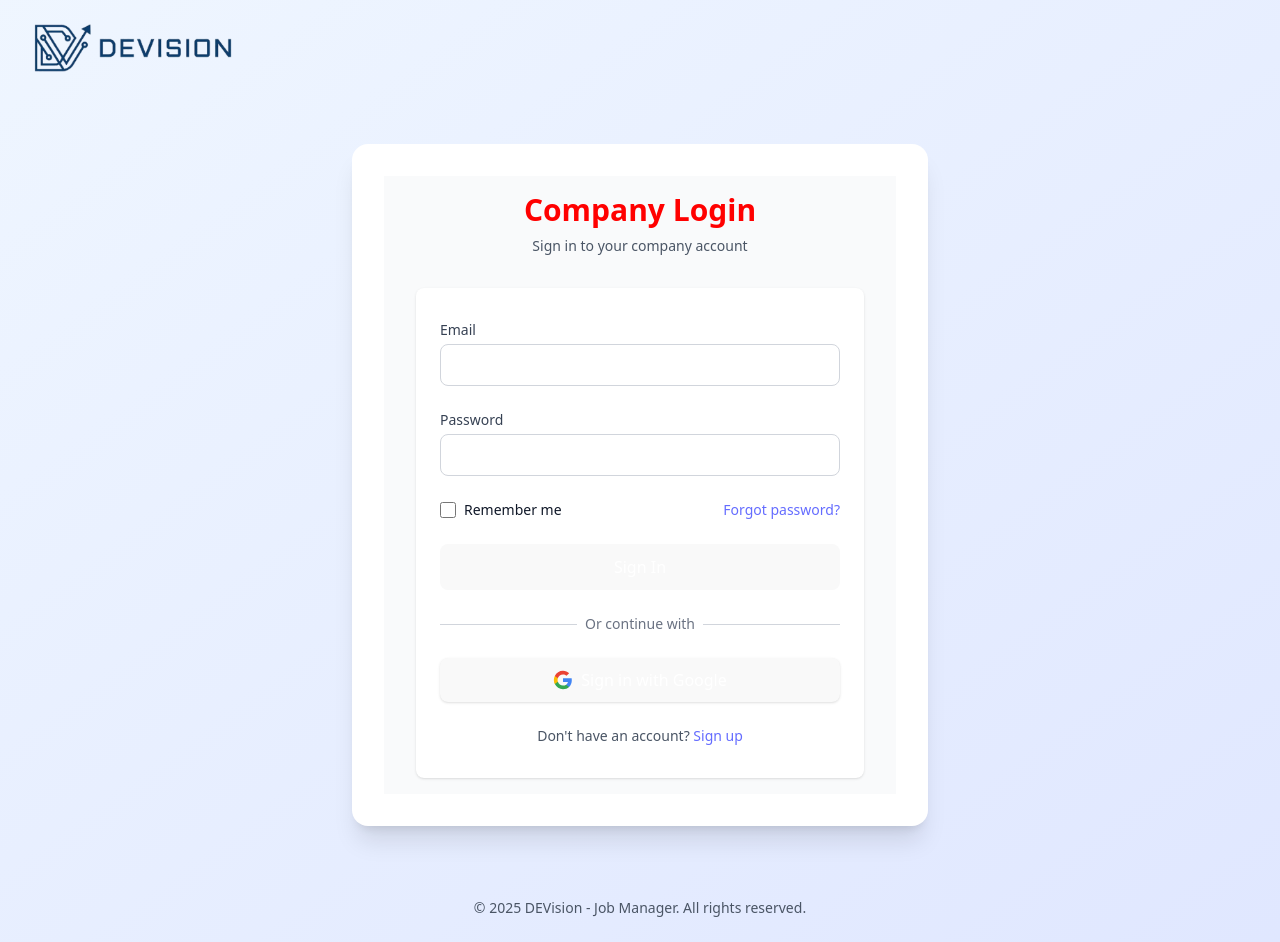
Repository: ISYS3461-2025C-Mulan-DEVision/JobManager_FE
Page: /login
These files come from the project's save history. The page is drawn as it stood at one moment and after the next save; the edit follows.
The browser window is 1280 px wide. The pictures show the whole page.
The project was rebuilt for these pictures with package versions that can differ from the ones it lists, and the page was loaded fresh each time. Also part of the build but not shown: vite.config.js, src/pages/Home.tsx, src/components/headless/Table/Table.tsx, src/components/headless/Modal/Modal.tsx, src/components/ui/Card/Card.tsx, src/components/ui/Spinner/Spinner.tsx, src/components/ui/Alert/Alert.tsx, src/components/feature/Authentication/CompanySignup/CompanySignupForm.tsx and 4 more.

Above is the page before, as saved 2025-12-12 14:33:22.

### index.html
<!doctype html>
<html lang="en">
  <head>
    <meta charset="UTF-8" />
    <link rel="icon" type="image/svg+xml" href="/logo/logo-icon.png" />
    <meta name="viewport" content="width=device-width, initial-scale=1.0" />
    <title>jobmanager-fe</title>
  </head>
  <body>
    <div id="root"></div>
    <script type="module" src="/src/main.jsx"></script>
  </body>
</html>

### src/main.tsx
import React, { StrictMode } from "react";
import { createRoot } from "react-dom/client";
import "./index.css";
import { BrowserRouter } from "react-router-dom";
import App from "./App.js";
import { Provider } from "react-redux";
import store from "./store/index.js";

const container = document.getElementById("root")!;
if (!container) {
    throw new Error("Root container not found");
} else {
    createRoot(container).render(
        <StrictMode>
            <Provider store={store}>
                <BrowserRouter>
                    <App />
                </BrowserRouter>
            </Provider>
        </StrictMode>,
    );
}

### src/index.css
@import "tailwindcss";

@theme {
  --color-heading: #ff0000;
  --color-dark-blue: #1E293B;
  --color-background-color: #F8FAFC;
}

:root {
    font-family: system-ui, Avenir, Helvetica, Arial, sans-serif;
    line-height: 1.5;
    font-weight: 400;

    color-scheme: light dark;
    color: rgba(255, 255, 255, 0.87);
    background-color: #242424;

    font-synthesis: none;
    text-rendering: optimizeLegibility;
    -webkit-font-smoothing: antialiased;
    -moz-osx-font-smoothing: grayscale;
}

a {
    font-weight: 500;
    color: #646cff;
    text-decoration: inherit;
}
a:hover {
    color: #535bf2;
}

body {
    margin: 0;
    min-width: 320px;
    min-height: 100vh;
}

h1 {
    font-size: 3.2em;
    line-height: 1.1;
}

button {
    border-radius: 8px;
    border: 1px solid transparent;
    padding: 0.6em 1.2em;
    font-size: 1em;
    font-weight: 500;
    font-family: inherit;
    background-color: #1a1a1a;
    cursor: pointer;
    transition: border-color 0.25s;
}
button:hover {
    border-color: #646cff;
}
button:focus,
button:focus-visible {
    outline: 4px auto -webkit-focus-ring-color;
}

@media (prefers-color-scheme: light) {
    :root {
        color: #213547;
        background-color: #ffffff;
    }
    a:hover {
        color: #747bff;
    }
    button {
        background-color: #f9f9f9;
    }
}

### src/App.tsx
import { Routes, Route, Link, useLocation } from "react-router-dom";
import Home from "./pages/Home";
import LoginPage from "./pages/LoginPage";
import RegistrationPage from "./pages/RegistrationPage";

function App() {
    const location = useLocation();
    const isAuthPage = location.pathname === "/login";

    return (
        <div>
            {!isAuthPage && (
                <nav className="p-4 bg-gray-800 text-white flex gap-4">
                    <Link to="/">Home</Link>
                    <Link to="/login">Login</Link>
                </nav>
            )}

            <Routes>
                <Route path="/" element={<Home />} />
                <Route path="/login" element={<LoginPage />} />
                <Route path="/register" element={<RegistrationPage />} />
            </Routes>
        </div>
    );
}

export default App;

### src/store/index.ts
import configureStore from "./configureStore";
const store = configureStore();
export default store;

### src/pages/LoginPage.tsx
import React from "react";
import { CompanyLogin } from "../components/feature/Authentication/CompanyLogin";
import AuthLayout from "../layout/AuthLayout";

export default function LoginPage() {
    return (
        <AuthLayout>
            <CompanyLogin />
        </AuthLayout>
    );
}

### src/store/configureStore.ts
import { createStore, applyMiddleware, Store } from "redux";
import { createLogger } from "redux-logger";
import createSagaMiddleware from "redux-saga";
import { enableBatching } from "redux-batched-actions";
import createReducer from "./reducers";
import rootSaga from "./saga";

const configureStore = (initialState = {}): Store => {
    const rootReducer = createReducer();
    const sagaMiddleware = createSagaMiddleware();

    const middlewares = [sagaMiddleware];

    const isDev = import.meta.env.VITE_NODE_ENV === "development";

    if (isDev) {
        const loggerMiddleware = createLogger({
            collapsed: () => true,
        });
        (middlewares as any[]).push(loggerMiddleware);
    }

    const store = createStore(
        enableBatching(rootReducer),
        initialState,
        applyMiddleware(...middlewares),
    );

    sagaMiddleware.run(rootSaga);

    return store;
};

export default configureStore;

### src/redux/app/actions.ts
import * as types from "./type";

const setLoading = (payload: boolean) => ({ type: types.SET_LOADING, payload });
const setError = (payload: string | null) => ({
    type: types.SET_ERROR,
    payload,
});
const setInitialized = (payload: boolean) => ({
    type: types.SET_INITIALIZED,
    payload,
});
const reset = () => ({ type: types.RESET });

const toggleLoadingAsync = (payload: boolean) => ({
    type: types.TOGGLE_LOADING_ASYNC,
    payload,
});

export default {
    setLoading,
    setError,
    setInitialized,
    reset,
    toggleLoadingAsync,
};

### src/components/feature/Authentication/CompanyLogin/index.ts
export { CompanyLogin } from "./CompanyLogin";

### src/store/reducers.ts
import { combineReducers } from "redux";
import { reducers } from "../redux";
import _ from "lodash";

const appReducer = combineReducers(reducers);
export default function createReducer() {
    const rootReducer = (state, action) => {
        if (action.type === "FORCE_UPDATE_GLOBAL_STATE") {
            return appReducer(_.cloneDeep(action.payload), action as never);
        }
        return appReducer(state, action as never);
    };

    return rootReducer;
}

### src/store/saga.ts
import { all, fork } from "redux-saga/effects";
import { sagas } from "../redux";

export default function* rootSaga() {
    yield all([...Object.values(sagas)].map(fork));
}

### src/redux/app/type.ts
const prefix = "APP/";

export const SET_LOADING = `${prefix}SET_LOADING`;
export const SET_ERROR = `${prefix}SET_ERROR`;
export const SET_INITIALIZED = `${prefix}SET_INITIALIZED`;
export const RESET = `${prefix}RESET`;

// test async action
export const TOGGLE_LOADING_ASYNC = `${prefix}TOGGLE_LOADING_ASYNC`;

### src/components/feature/Authentication/CompanyLogin/CompanyLogin.tsx
import React from "react";
import { HeadlessForm } from "@/components/headless";
import { CompanyLoginForm } from "./CompanyLoginForm";
import { useCompanyLogin } from "./hooks/useCompanyLogin";
import { LoginPayload } from "./types";

// Validation function
const validateLoginForm = (values: LoginPayload) => {
  const errors: Partial<Record<keyof LoginPayload, string>> = {};

  if (!values.email) {
    errors.email = "Email is required";
  } else if (!/^[A-Z0-9._%+-]+@[A-Z0-9.-]+\.[A-Z]{2,}$/i.test(values.email)) {
    errors.email = "Invalid email address";
  }

  if (!values.password) {
    errors.password = "Password is required";
  } else if (values.password.length < 6) {
    errors.password = "Password must be at least 6 characters";
  }

  return errors;
};

export const CompanyLogin: React.FC = () => {
  const { login, isLoading, error } = useCompanyLogin();

  return (
    <HeadlessForm<LoginPayload>
      initialValues={{ email: "", password: "" }}
      onSubmit={login}
      validate={validateLoginForm}
    >
      {(formProps) => (
        <CompanyLoginForm {...formProps} isLoading={isLoading} error={error} />
      )}
    </HeadlessForm>
  );
};

### src/redux/index.ts
const loadModules = (modules: Record<string, any>, hasDefault = false) =>
    Object.entries(modules).map(([path, mod]) => {
        const parts = path.split("/");
        return {
            name: parts.at(-1)!.replace(".js", "").toUpperCase(),
            key: parts.at(-2)!,
            data: hasDefault ? mod.default : mod,
        };
    });

const rawActions = loadModules(
    import.meta.glob("./**/actions.ts", { eager: true }),
    true,
);

const rawTypes = loadModules(
    import.meta.glob("./**/types.ts", { eager: true }),
    false,
);

const rawReducers = loadModules(
    import.meta.glob("./**/reducer.ts", { eager: true }),
    true,
);

const rawSagas = loadModules(
    import.meta.glob("./**/saga.ts", { eager: true }),
    false,
);

// Final exports
export const actions = rawActions.reduce((p, e) => ({ ...p, ...e.data }), {});
export const types = rawTypes.reduce((p, e) => ({ ...p, ...e.data }), {});
export const reducers = rawReducers.reduce(
    (p, e) => ({ ...p, [e.key]: e.data }),
    {},
);
export const sagas = rawSagas.reduce((p, e) => ({ ...p, ...e.data }), {});

### src/components/headless/index.ts
// Headless Components - Logic without UI
export { HeadlessForm } from "./Form";
export { HeadlessTable } from "./Table";
export { useTable } from "./Table/useTable";
export { HeadlessModal } from "./Modal";

// Types
export * from "./types";
export type { TableColumn } from "./Table/useTable";

### src/components/feature/Authentication/CompanyLogin/hooks/useCompanyLogin.ts
import { useState } from 'react';
import AuthService, { LoginPayload } from '../../api/AuthService';

export const useCompanyLogin = () => {
  const [isLoading, setIsLoading] = useState(false);
  const [error, setError] = useState<string | null>(null);

  const login = async (formData: LoginPayload) => {
    setIsLoading(true);
    setError(null);

    try {
      await AuthService.loginCompany(formData);
      // Handle success (e.g., redirect, store token)
      console.log("Login successful");
    } catch (err) {
      setError("Failed to login. Please check your credentials.");
      console.error(err);
    } finally {
      setIsLoading(false);
    }
  };

  return {
    login,
    isLoading,
    error,
  };
};

### src/components/ui/index.ts
// UI Components - Presentational components with styling
export * from "./Button";
export * from "./Input";
export * from "./Card";
export * from "./Spinner";
export * from "./Alert";
export * from "./GoogleLogo";

### src/redux/app/reducer.ts
import * as types from "./type";
export interface AppState {
    loading: boolean;
    error: string | null;
    initialized?: boolean;
    test: string;
}

const INITIAL_STATE: AppState = {
    loading: true,
    error: null,
    initialized: false,
    test: "test",
};

type Action = { type: string; payload?: any };

export default function appReducer(
    state: AppState = INITIAL_STATE,
    action: Action,
): AppState {
    switch (action.type) {
        case types.SET_LOADING:
            return { ...state, loading: !!action.payload };
        case types.SET_ERROR:
            return { ...state, error: action.payload ?? null, loading: false };
        case types.SET_INITIALIZED:
            return { ...state, initialized: !!action.payload };
        case types.RESET:
            return { ...INITIAL_STATE };
        default:
            return state;
    }
}

### src/redux/app/saga.ts
import { takeEvery, put, delay } from "redux-saga/effects";
import * as types from "./type";
import actions from "./actions";

function* handleToggleLoading(action: any) {
    yield delay(300);
    yield put(actions.setLoading(action.payload));
}

export function* watchToggleLoading() {
    yield takeEvery(types.TOGGLE_LOADING_ASYNC, handleToggleLoading);
}

### src/components/headless/Form/index.ts
export { HeadlessForm } from "./Form";

### src/components/headless/Table/index.ts
export { HeadlessTable } from "./Table";
export { useTable } from "./useTable";
export type { TableColumn } from "./useTable";

### src/components/headless/Table/useTable.ts
import { useState, useMemo } from "react";

export interface TableColumn<T> {
  key: keyof T;
  header: string;
  render?: (item: T) => React.ReactNode;
}

interface UseTableProps<T> {
  data: T[];
  columns: TableColumn<T>[];
  initialPage?: number;
  pageSize?: number;
}

export const useTable = <T>({
  data,
  initialPage = 1,
  pageSize = 10,
}: UseTableProps<T>) => {
  const [currentPage, setCurrentPage] = useState(initialPage);
  const [sortConfig, setSortConfig] = useState<{
    key: keyof T;
    direction: "asc" | "desc";
  } | null>(null);

  const sortedData = useMemo(() => {
    let sortableItems = [...data];
    if (sortConfig !== null) {
      sortableItems.sort((a, b) => {
        if (a[sortConfig.key] < b[sortConfig.key]) {
          return sortConfig.direction === "asc" ? -1 : 1;
        }
        if (a[sortConfig.key] > b[sortConfig.key]) {
          return sortConfig.direction === "asc" ? 1 : -1;
        }
        return 0;
      });
    }
    return sortableItems;
  }, [data, sortConfig]);

  const paginatedData = useMemo(() => {
    const startIndex = (currentPage - 1) * pageSize;
    return sortedData.slice(startIndex, startIndex + pageSize);
  }, [sortedData, currentPage, pageSize]);

  const totalPages = Math.ceil(data.length / pageSize);

  const requestSort = (key: keyof T) => {
    let direction: "asc" | "desc" = "asc";
    if (
      sortConfig &&
      sortConfig.key === key &&
      sortConfig.direction === "asc"
    ) {
      direction = "desc";
    }
    setSortConfig({ key, direction });
  };

  const goToPage = (page: number) => {
    if (page >= 1 && page <= totalPages) {
      setCurrentPage(page);
    }
  };

  return {
    data: paginatedData,
    sortConfig,
    requestSort,
    currentPage,
    totalPages,
    goToPage,
  };
};

### src/components/headless/Modal/index.ts
export { HeadlessModal } from "./Modal";

### src/components/headless/types.ts
// Headless Form Types
export interface HeadlessFormProps<T> {
    initialValues?: T;
    onSubmit: (values: T) => void;
    validate?: (values: T) => Partial<Record<keyof T, string>>;
    children: (props: FormRenderProps<T>) => React.ReactNode;
    className?: string;
}

export interface FormRenderProps<T> {
    values: T;
    errors: Partial<Record<keyof T, string>>;
    touched: Partial<Record<keyof T, boolean>>;
    handleChange: (
        e: React.ChangeEvent<
            HTMLInputElement | HTMLTextAreaElement | HTMLSelectElement
        >,
    ) => void;
    handleBlur: (field: keyof T) => void;
    handleSubmit: (e: React.FormEvent) => void;
    setFieldValue: (field: keyof T, value: any) => void;
    isValid: boolean;
}

// Headless Table Types
export interface TableColumn<T> {
    key: keyof T;
    label: string;
    sortable?: boolean;
    render?: (value: any, item: T) => React.ReactNode;
}

export interface HeadlessTableProps<T> {
    data: T[];
    columns: TableColumn<T>[];
    pageSize?: number;
    className?: string;
    renderHeader?: (
        columns: TableColumn<T>[],
        requestSort: (key: keyof T) => void,
        sortConfig: SortConfig<T> | null,
    ) => React.ReactNode;
    renderRow?: (item: T, columns: TableColumn<T>[]) => React.ReactNode;
    renderPagination?: (pagination: PaginationProps) => React.ReactNode;
}

export interface SortConfig<T> {
    key: keyof T;
    direction: "asc" | "desc";
}

export interface PaginationProps {
    currentPage: number;
    totalPages: number;
    goToPage: (page: number) => void;
    nextPage: () => void;
    prevPage: () => void;
}

// Headless Modal Types
export interface HeadlessModalProps {
    isOpen: boolean;
    onClose: () => void;
    children: (props: ModalRenderProps) => React.ReactNode;
    closeOnOverlayClick?: boolean;
    closeOnEscape?: boolean;
}

export interface ModalRenderProps {
    close: () => void;
}

### src/components/feature/Authentication/api/AuthService.ts
// import { HttpClient } from "../../../../services/httpClient";

export interface LoginPayload {
    email: string;
    password: string;
}

export interface SignupPayload {
    companyName: string;
    email: string;
    password: string;
    confirmPassword: string;
}

export const loginCompany = async (payload: LoginPayload) => {
    // Replace with actual API endpoint
    // return HttpClient.post('/auth/company/login', payload);

    // Mock implementation for now
    console.log("Logging in company with:", payload);
    return new Promise((resolve) => {
        setTimeout(
            () =>
                resolve({
                    token: "mock-token",
                    user: { name: "Company Admin" },
                }),
            1000,
        );
    });
};

export const signupCompany = async (payload: SignupPayload) => {
    // Replace with actual API endpoint
    // return HttpClient.post('/auth/company/signup', payload);

    // Mock implementation for now
    console.log("Signing up company with:", payload);
    return new Promise((resolve) => {
        setTimeout(
            () =>
                resolve({
                    token: "mock-token",
                    user: { name: payload.companyName },
                }),
            1000,
        );
    });
};

const AuthService = {
    loginCompany,
    signupCompany,
};

export default AuthService;

### src/components/ui/Button/index.ts
export { Button } from "./Button";
export type { ButtonProps } from "./Button";

### src/components/ui/Input/index.ts
export { Input } from "./Input";
export type { InputProps } from "./Input";

### src/components/ui/Card/index.ts
export { Card, CardHeader, CardBody, CardFooter } from "./Card";
export type { CardProps } from "./Card";

### src/components/ui/Spinner/index.ts
export { Spinner } from "./Spinner";
export type { SpinnerProps } from "./Spinner";

### src/components/ui/Alert/index.ts
export { Alert } from "./Alert";
export type { AlertProps } from "./Alert";

### src/components/ui/GoogleLogo/index.ts
export { GoogleLogo } from "./GoogleLogo";
export type { GoogleLogoProps } from "./GoogleLogo";

### src/components/ui/Input/Input.tsx
import React from "react";
import clsx from "clsx";

export interface InputProps extends React.InputHTMLAttributes<HTMLInputElement> {
    label?: string;
    error?: string;
    helperText?: string;
    fullWidth?: boolean;
}

export const Input: React.FC<InputProps> = ({
    label,
    error,
    helperText,
    fullWidth = false,
    className,
    id,
    ...props
}) => {
    const inputId = id || label?.toLowerCase().replace(/\s+/g, "-");

    return (
        <div className={clsx("flex flex-col gap-1", fullWidth && "w-full")}>
            {label && (
                <label
                    htmlFor={inputId}
                    className="text-sm font-medium text-gray-700"
                >
                    {label}
                </label>
            )}
            <input
                id={inputId}
                className={clsx(
                    "px-3 py-2 border rounded-lg focus:outline-none focus:ring-2 transition-colors",
                    "text-gray-900 placeholder:text-gray-400",
                    error
                        ? "border-red-500 focus:ring-red-500 focus:border-red-500"
                        : "border-gray-300 focus:ring-blue-500 focus:border-blue-500",
                    props.disabled && "bg-gray-100 cursor-not-allowed",
                    className,
                )}
                {...props}
            />
            {error && <span className="text-sm text-red-600">{error}</span>}
            {helperText && !error && (
                <span className="text-sm text-gray-500">{helperText}</span>
            )}
        </div>
    );
};

### src/components/ui/GoogleLogo/GoogleLogo.tsx
import React from "react";
import clsx from "clsx";

export interface GoogleLogoProps {
    size?: "sm" | "md" | "lg";
    className?: string;
}

export const GoogleLogo: React.FC<GoogleLogoProps> = ({
    size = "md",
    className,
}) => {
    const sizeClasses = {
        sm: "w-4 h-4",
        md: "w-5 h-5",
        lg: "w-6 h-6",
    };

    return (
        <svg
            className={clsx(sizeClasses[size], className)}
            viewBox="0 0 24 24"
            xmlns="http://www.w3.org/2000/svg"
        >
            <path
                d="M22.56 12.25c0-.78-.07-1.53-.2-2.25H12v4.26h5.92c-.26 1.37-1.04 2.53-2.21 3.31v2.77h3.57c2.08-1.92 3.28-4.74 3.28-8.09z"
                fill="#4285F4"
            />
            <path
                d="M12 23c2.97 0 5.46-.98 7.28-2.66l-3.57-2.77c-.98.66-2.23 1.06-3.71 1.06-2.86 0-5.29-1.93-6.16-4.53H2.18v2.84C3.99 20.53 7.7 23 12 23z"
                fill="#34A853"
            />
            <path
                d="M5.84 14.09c-.22-.66-.35-1.36-.35-2.09s.13-1.43.35-2.09V7.07H2.18C1.43 8.55 1 10.22 1 12s.43 3.45 1.18 4.93l2.85-2.22.81-.62z"
                fill="#FBBC05"
            />
            <path
                d="M12 5.38c1.62 0 3.06.56 4.21 1.64l3.15-3.15C17.45 2.09 14.97 1 12 1 7.7 1 3.99 3.47 2.18 7.07l3.66 2.84c.87-2.6 3.3-4.53 6.16-4.53z"
                fill="#EA4335"
            />
        </svg>
    );
};

Loaded but not shown: src/components/feature/Authentication/CompanyLogin/CompanyLoginForm.tsx (154 lines, source omitted); src/components/ui/Button/Button.tsx (81 lines, source omitted); src/components/headless/Form/Form.tsx (93 lines, source omitted); src/layout/AuthLayout.tsx (54 lines, source omitted)

After the next save:
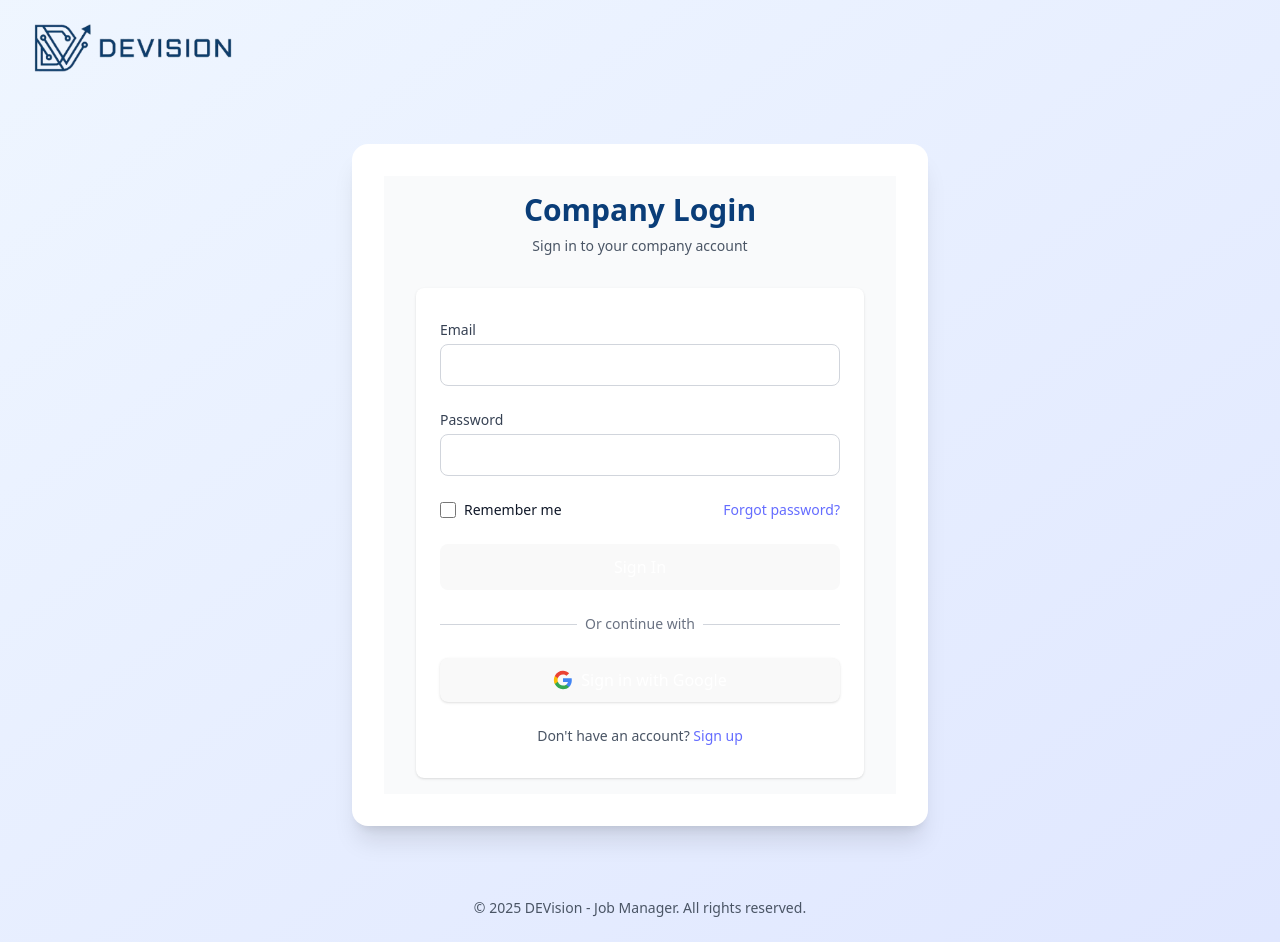
Saved 10 s later.
--- a/src/index.css
+++ b/src/index.css
@@ -1,7 +1,7 @@
 @import "tailwindcss";
 
 @theme {
-  --color-heading: #ff0000;
+  --color-heading: #0A3D78;
   --color-dark-blue: #1E293B;
   --color-background-color: #F8FAFC;
 }
